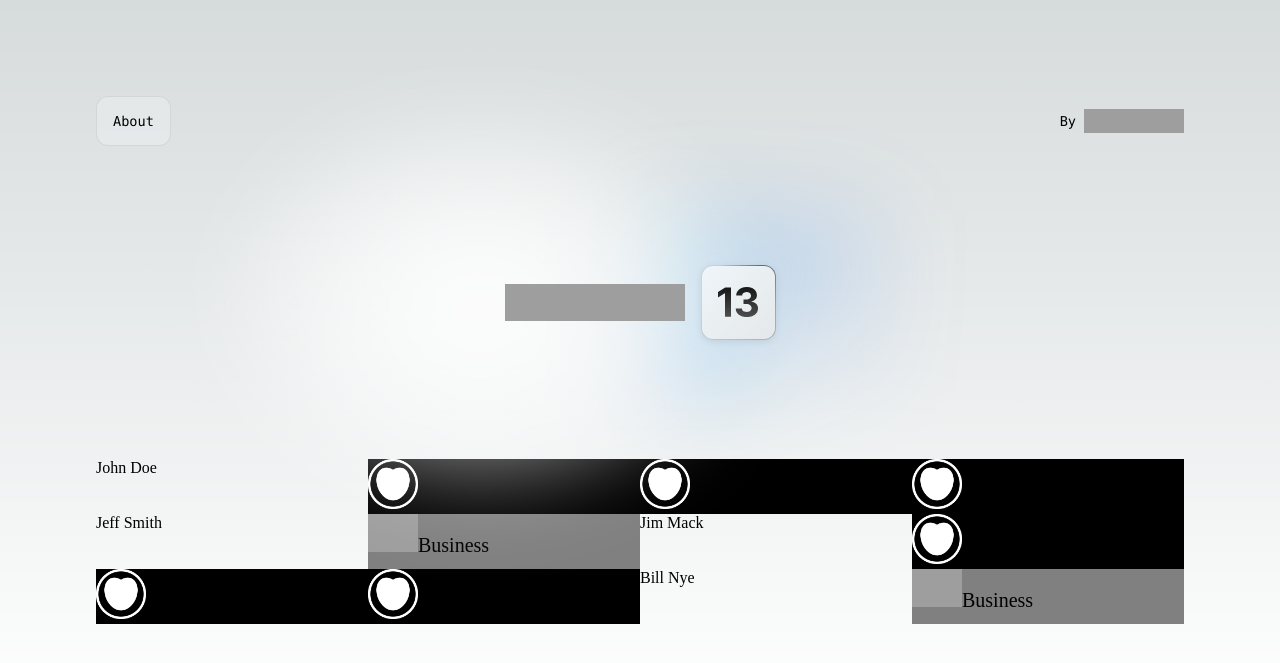
Repository: karthur1/class-example-3
Page: /
An editor plug-in stored every save of this project. The page is shown before and after the next save, followed by the edit.
The browser window is 1280 px wide. The pictures show the whole page.
Pictures or frames that could not be fetched are drawn as grey boxes. The project was rebuilt for these pictures with package versions that can differ from the ones it lists, and the page was loaded fresh each time. The framework's server and built-in components were replaced by stand-ins that run in the browser. Also part of the build but not shown: next.config.js.

Above is the page before, as saved 2023-01-20 23:55:29.

After the next save:
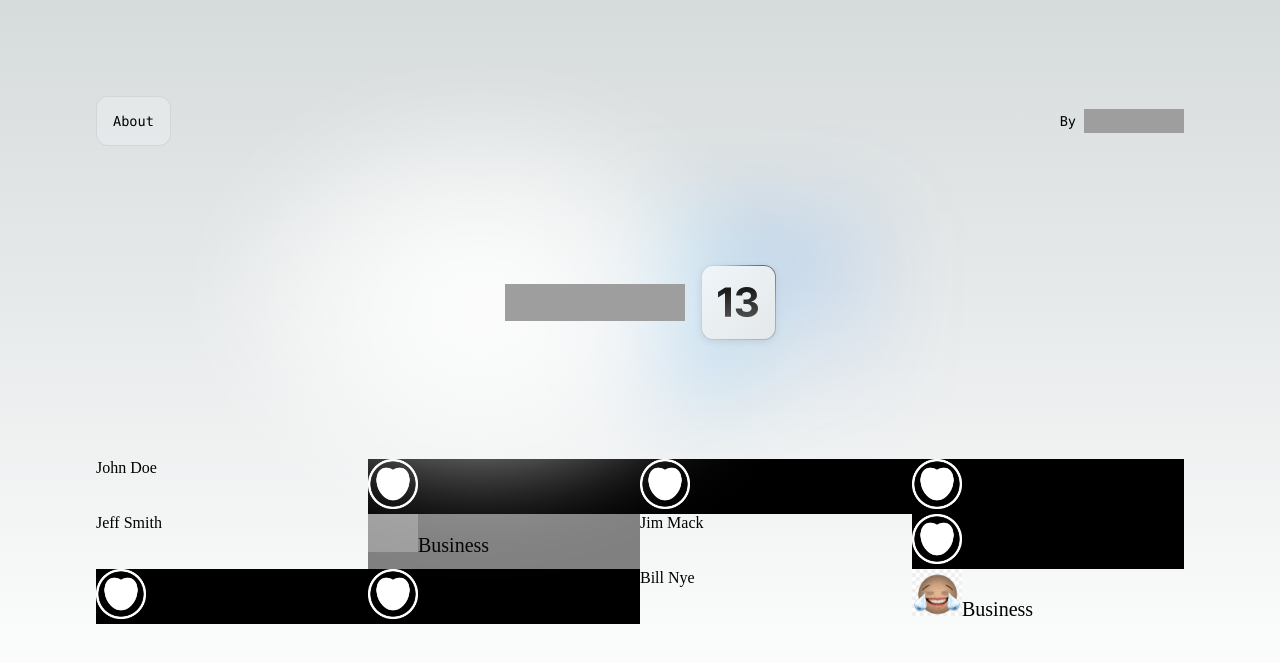
Saved 8 s later.
--- a/pages/index.js
+++ b/pages/index.js
@@ -101,7 +101,7 @@
             if(info.department === "Computing") {
 
              return(
-              <Card key={index} degree={info.degree} colour="grey" font="20px"/>
+              <Card key={index} degree={info.degree} colour="dark grey" font="20px"/>
              )
           }
         })}

After the save that followed:
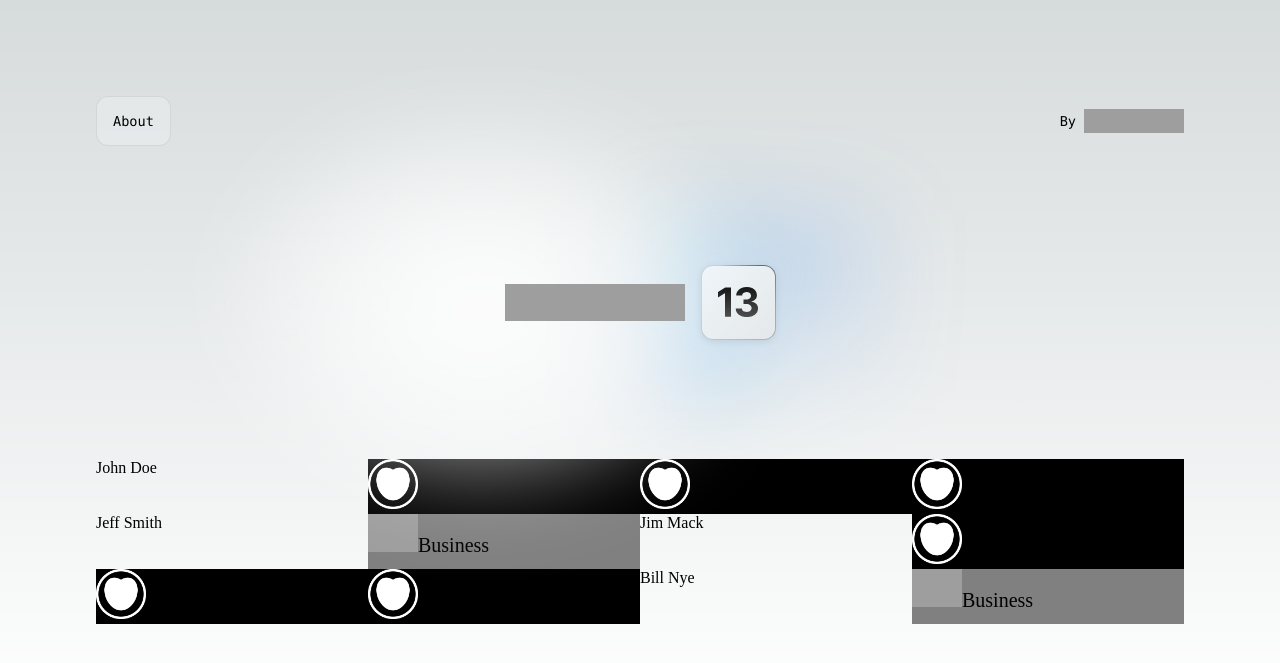
Saved 5 s later.
--- a/pages/index.js
+++ b/pages/index.js
@@ -101,7 +101,7 @@
             if(info.department === "Computing") {
 
              return(
-              <Card key={index} degree={info.degree} colour="dark grey" font="20px"/>
+              <Card key={index} degree={info.degree} colour="grey" font="20px"/>
              )
           }
         })}
